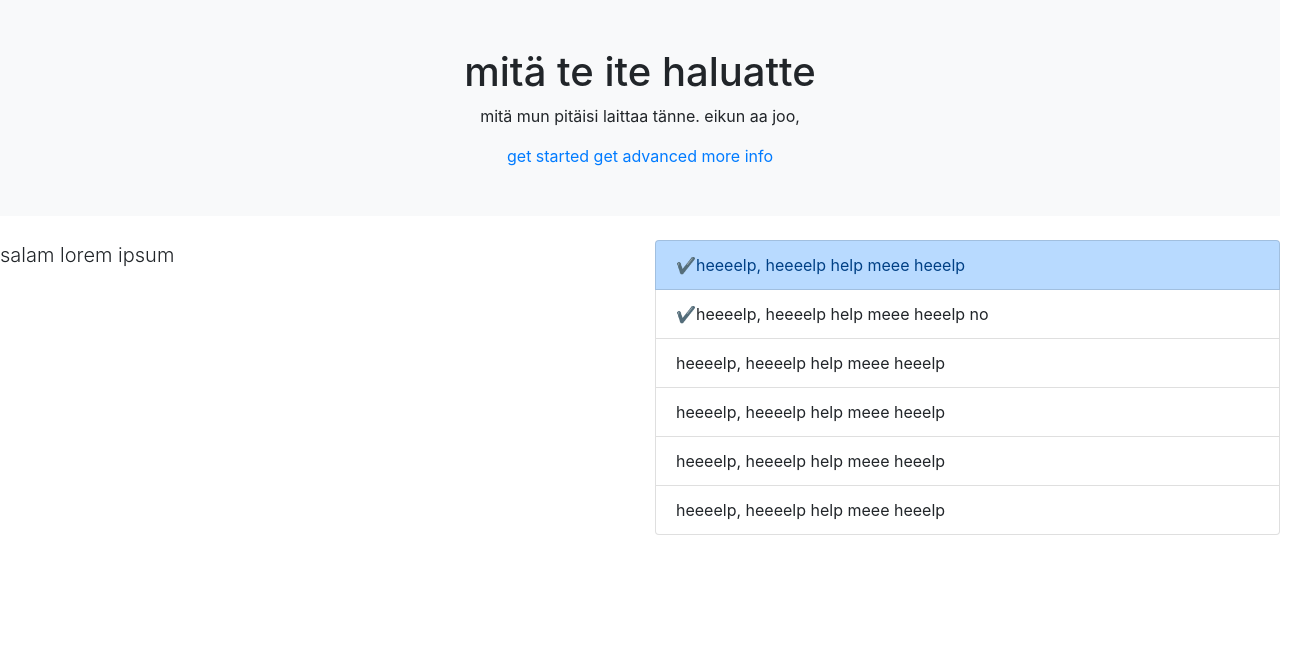
Repository: jessehapuli/jessehapuli.github.io
Page: Bootstrap/index.html
The author's editor kept a copy of each file at every save. The page is drawn from the files as they stood at one save, then again after the next save.
The browser window is 1280 px wide. The page is 1295 px wide, so the pictures cover 1295 px, including what lies to the right of the window. The pictures show the whole page.

Above is the page before, as saved 2024-04-24 10:57:53.

After the next save:
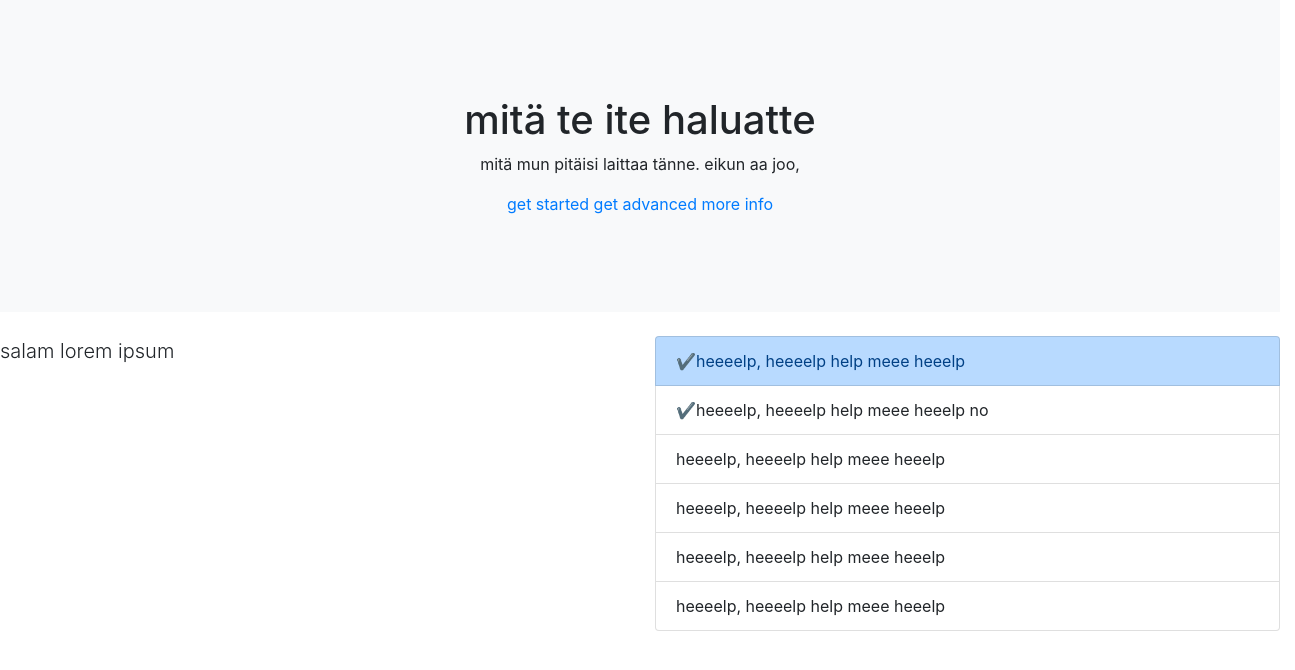
Saved 2 min 16 s later.
--- a/Bootstrap/index.html
+++ b/Bootstrap/index.html
@@ -14,7 +14,7 @@
 
     <section class="container-fluid bg-light text-center">
       <div class="rov d-flex justify-content-center">
-        <div class="col-md-6 my-5">
+        <div class="col-md-6 my-5 py-lg-5">
           <h1>mitä te ite haluatte</h1>
           <p>mitä mun pitäisi laittaa tänne. eikun aa joo, </p>
           <a href="">get started</a>
